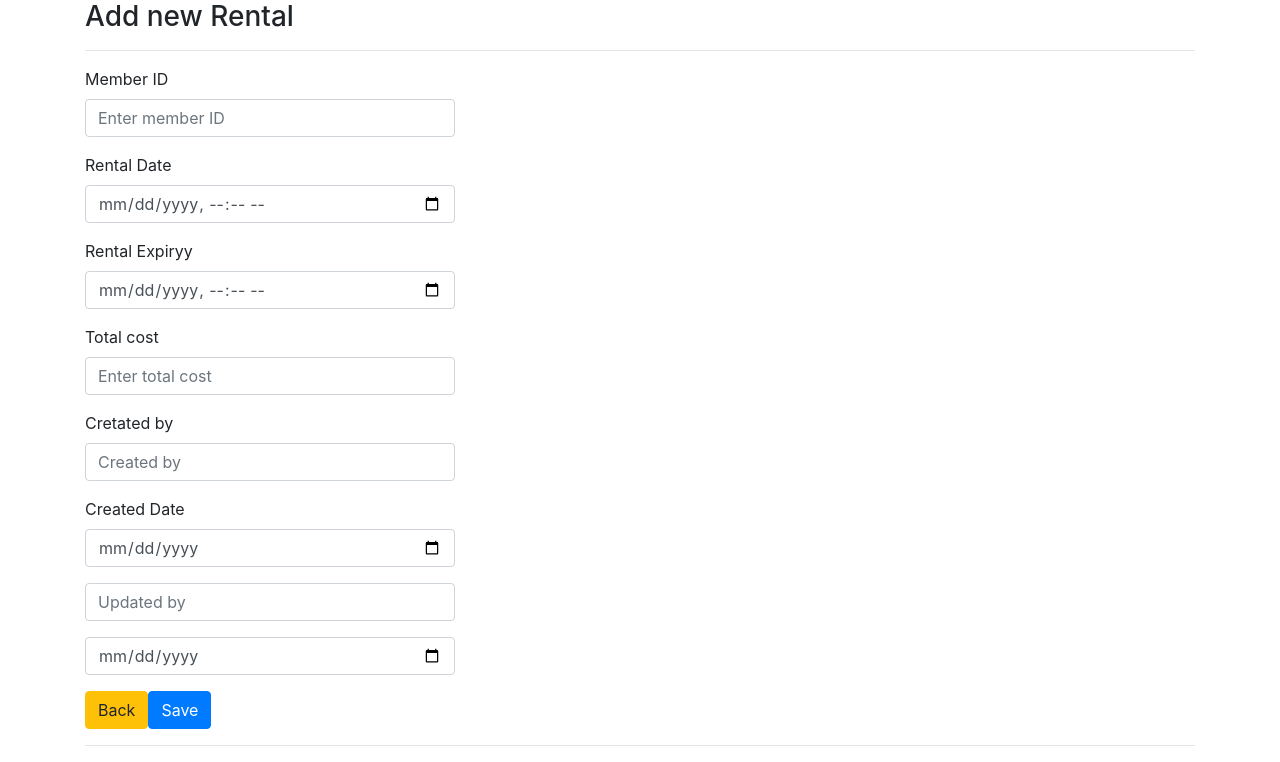
Repository: messimacky/Movie-Rental-System-Front-End
Page: /add-rental
The author's editor kept a copy of each file at every save. The page is drawn from the files as they stood at one save, then again after the next save.
The browser window is 1280 px wide. The pictures show the whole page.
The project was rebuilt for these pictures with package versions that can differ from the ones it lists, and the page was loaded fresh each time. Also part of the build but not shown: src/services/movie.service.js, src/components/AddMovie.js, src/components/MoviesList.js, src/components/NotFound.js, src/components/login/Login.js, src/services/customer.service.js, src/components/AddCustomer.js, src/components/CustomerList.js and 4 more.

Above is the page before, as saved 2022-04-21 15:16:42.

After the next save:
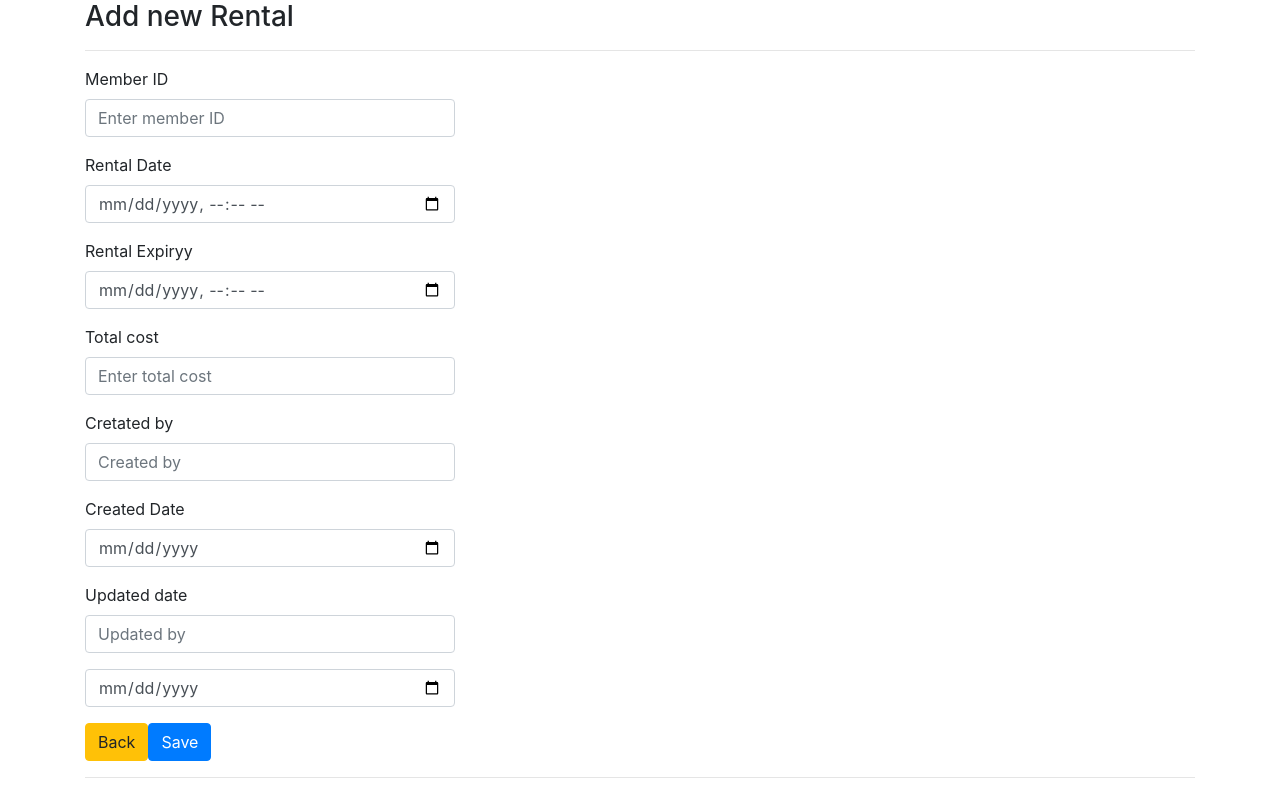
Saved 23 s later.
--- a/src/components/AddRental.js
+++ b/src/components/AddRental.js
@@ -158,7 +158,8 @@ const AddRental = () => {
 
 
                 <div className="form-group">
-                    <input
+                    <label> Updated date
+                    </label>                    <input
                         type="text"
                         className="form-control col-4"
                         id="updatedby"
